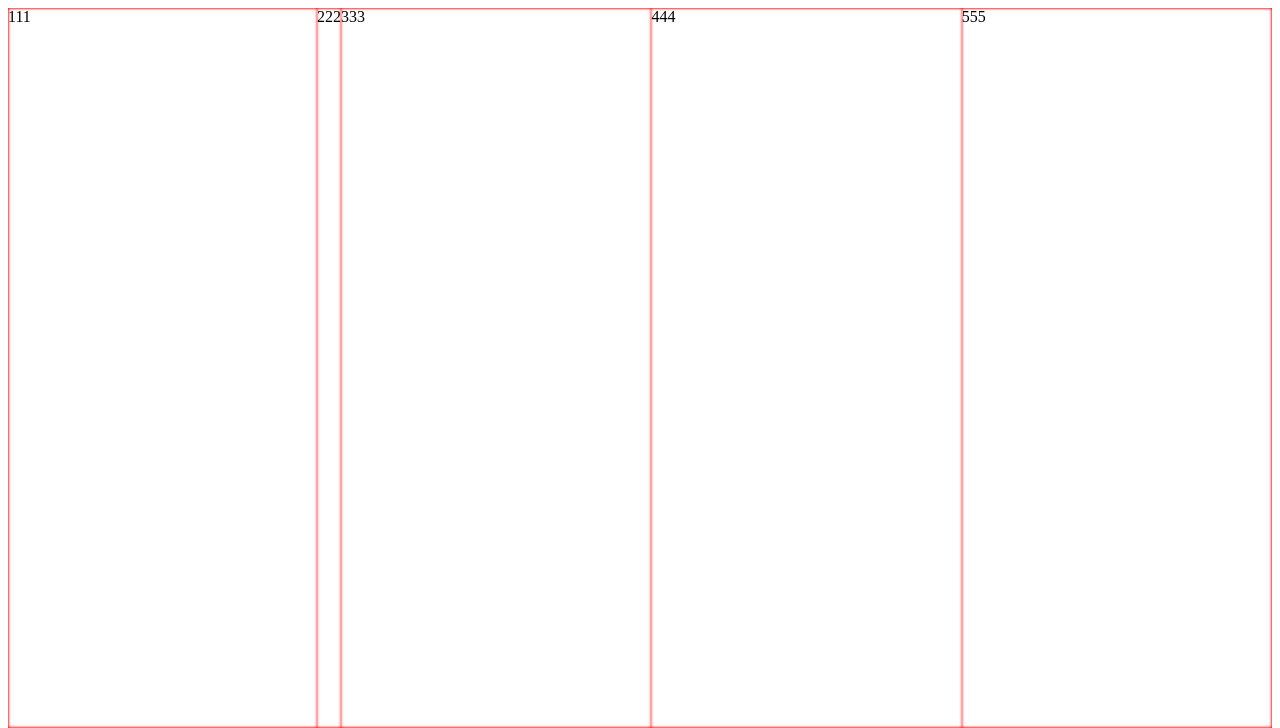
Repository: Joamg/Joamg.github.io
Page: miao/oald-layout-flex.html
An editor plug-in stored every save of this project. The page is shown before and after the next save, followed by the edit.
The browser window is 1280 px wide. The pictures show the whole page.

Above is the page before, as saved 2021-05-27 20:16:49.

After the next save:
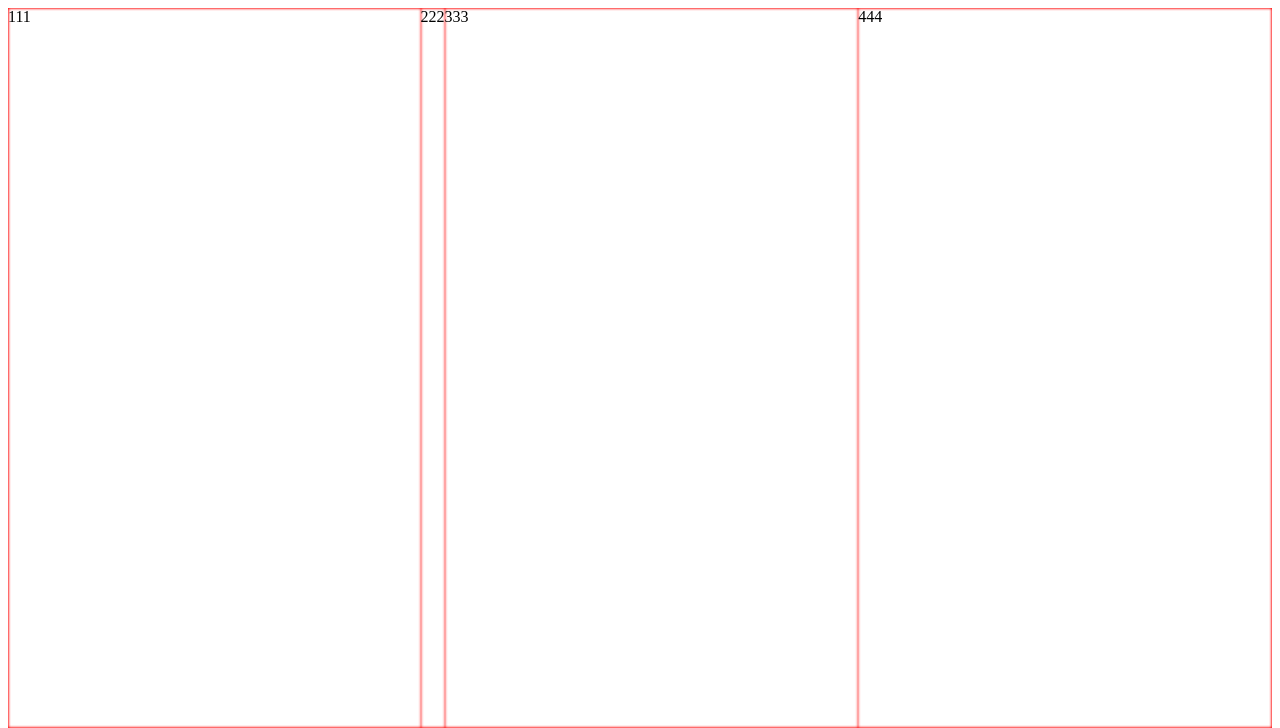
Saved 22 s later.
--- a/miao/oald-layout-flex.html
+++ b/miao/oald-layout-flex.html
@@ -23,7 +23,7 @@
     display: flex;
     box-shadow: inset  0 0 3px red;
   }
-  [a], [c], [d], [e] {
+  [a], [c], [d]{
     flex-grow: 2;
   }
   </style>
@@ -34,7 +34,6 @@
     <div b>222</div>
     <div c>333</div>
     <div d>444</div>
-    <div e>555</div>
   </section>
 
 </body>
